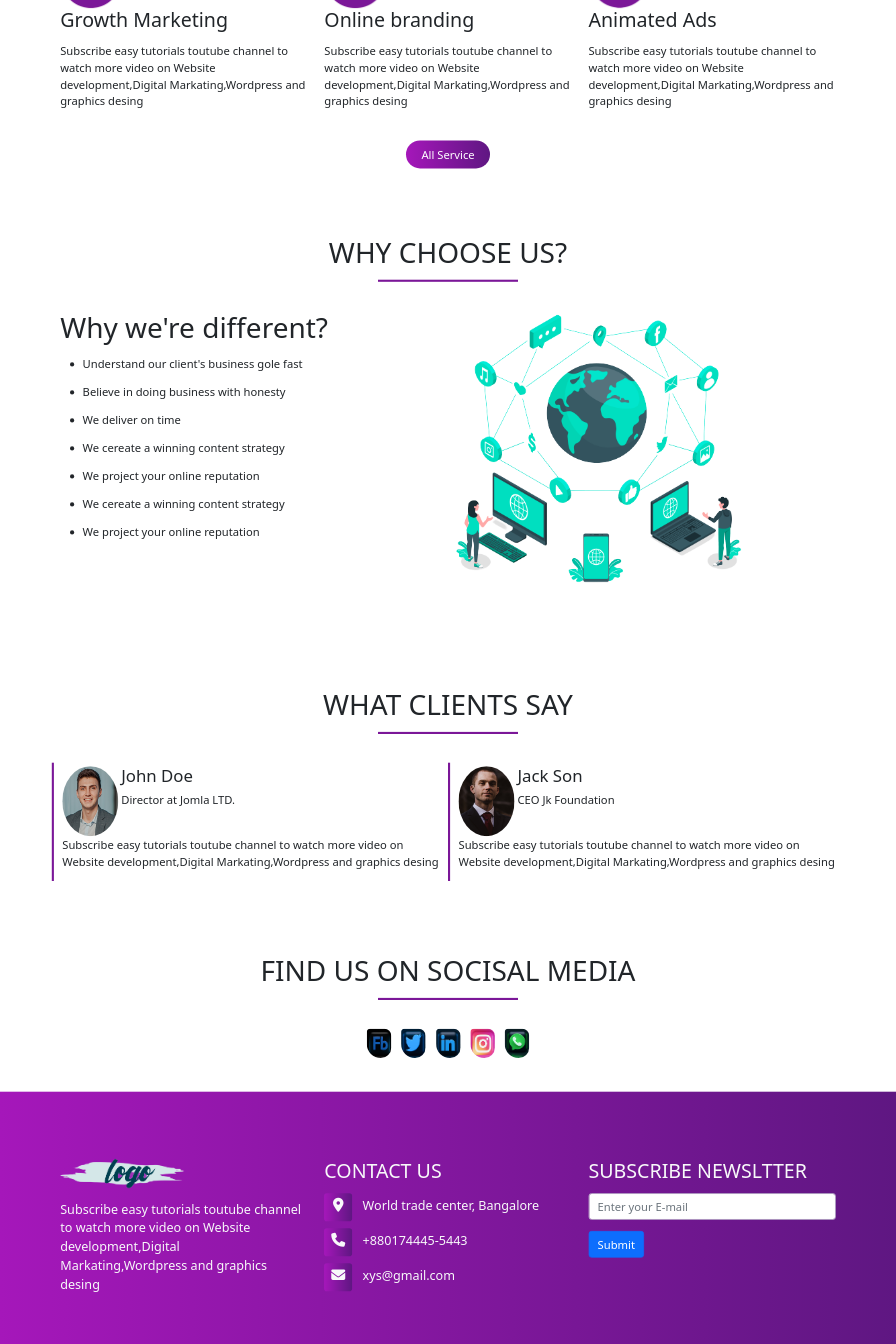
Repository: zjria/PSD-to-HTML-DIGITAL-AGENCY
Page: index.html
The author's editor kept a copy of each file at every save. The page is drawn from the files as they stood at one save, then again after the next save.
The browser window is 1280 px wide. The pictures show the part of the page from y = 772 to 2692 px (the page is 2692 px tall before and 2682 px after), at 70% of full size.
Some web libraries are served in a nearby version.

Above is the page before, as saved 2022-05-11 23:33:00.

After the next save:
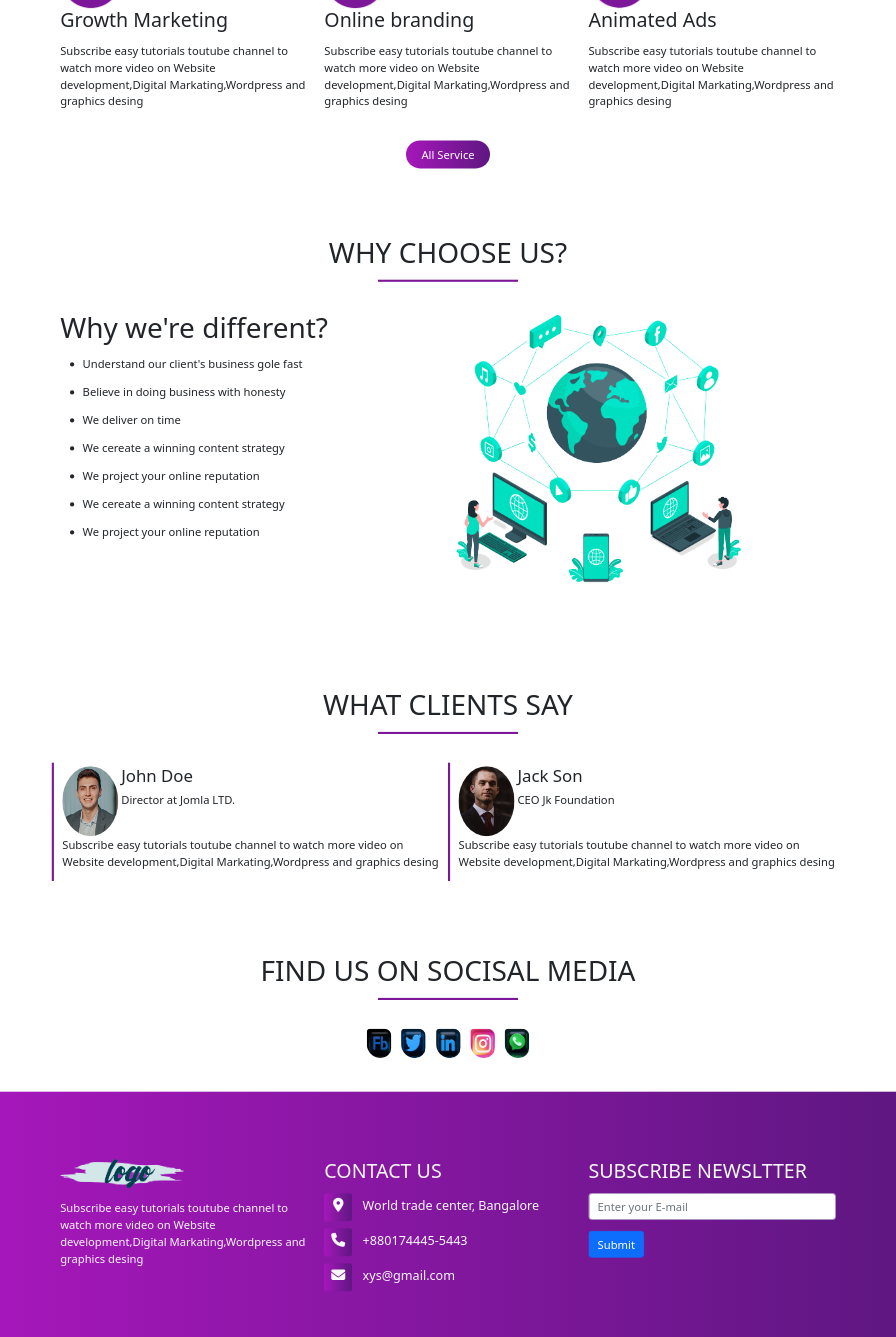
Saved 32 s later.
--- a/index.html
+++ b/index.html
@@ -181,7 +181,7 @@
         <div class="row mt-5">
           <div class="col-12 col-md-4 mb-2">
             <img src="img/h_logo.png" alt="" class="img-fluid w-50 mb-3">
-            <p style="font-size: 18px;">
+            <p style="font-size: 18px, line-hight: 16px;">
               Subscribe easy tutorials toutube channel to watch more video on Website development,Digital Markating,Wordpress and graphics desing</p>
           </div>
           <div class="col-12 col-md-4 mb-2 contract-style">
